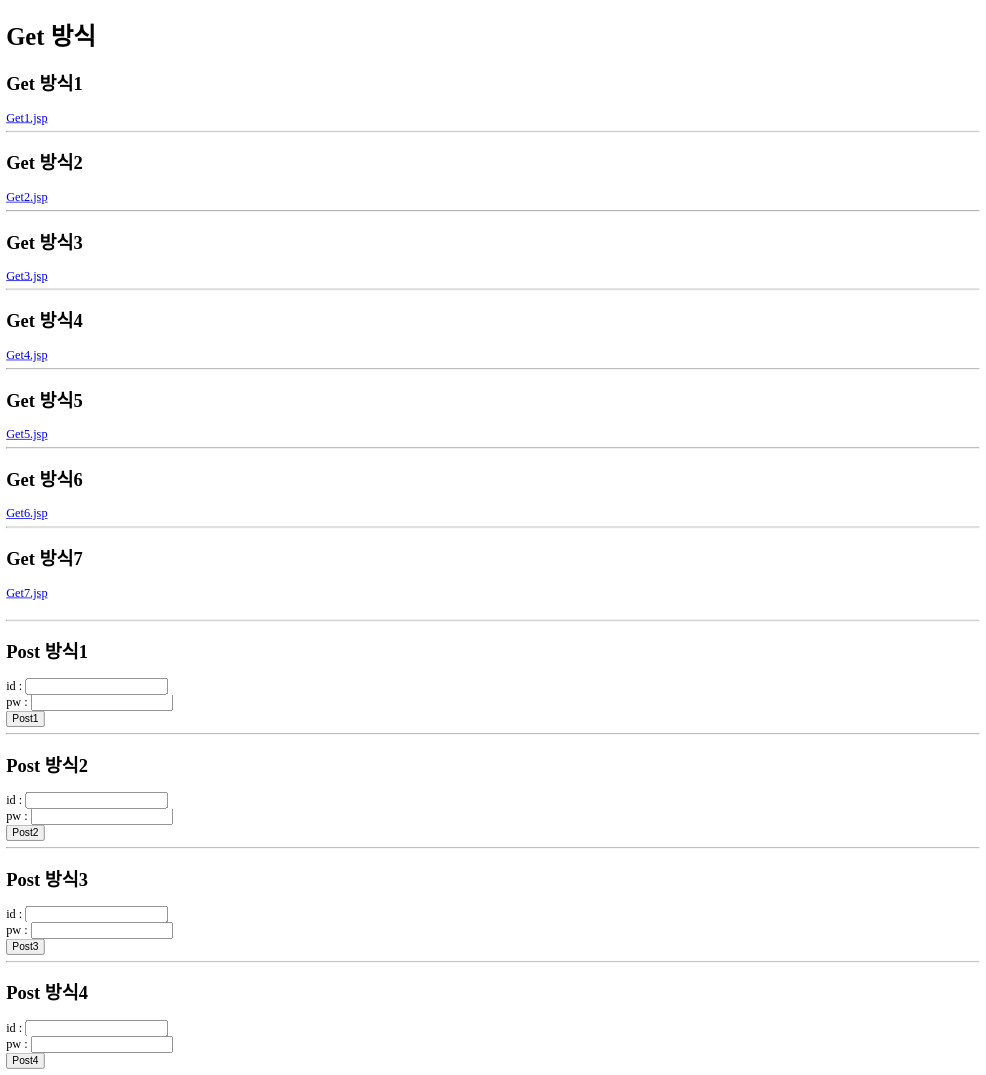
Repository: dllgkdud/pro4
Page: http://localhost/pro04/WEB-INF/views/sample/main.jsp
An editor plug-in stored every save of this project. The page is shown before and after the next save, followed by the edit.
The browser window is 1280 px wide. The pictures show the whole page, at 77% of full size.
The page is served by Tomcat 9. Nobody is signed in. The template is opened directly, without the code that normally fills it, so the values that code supplies are empty.

Above is the page before, as saved 2022-11-22 03:01:36.

After the next save:
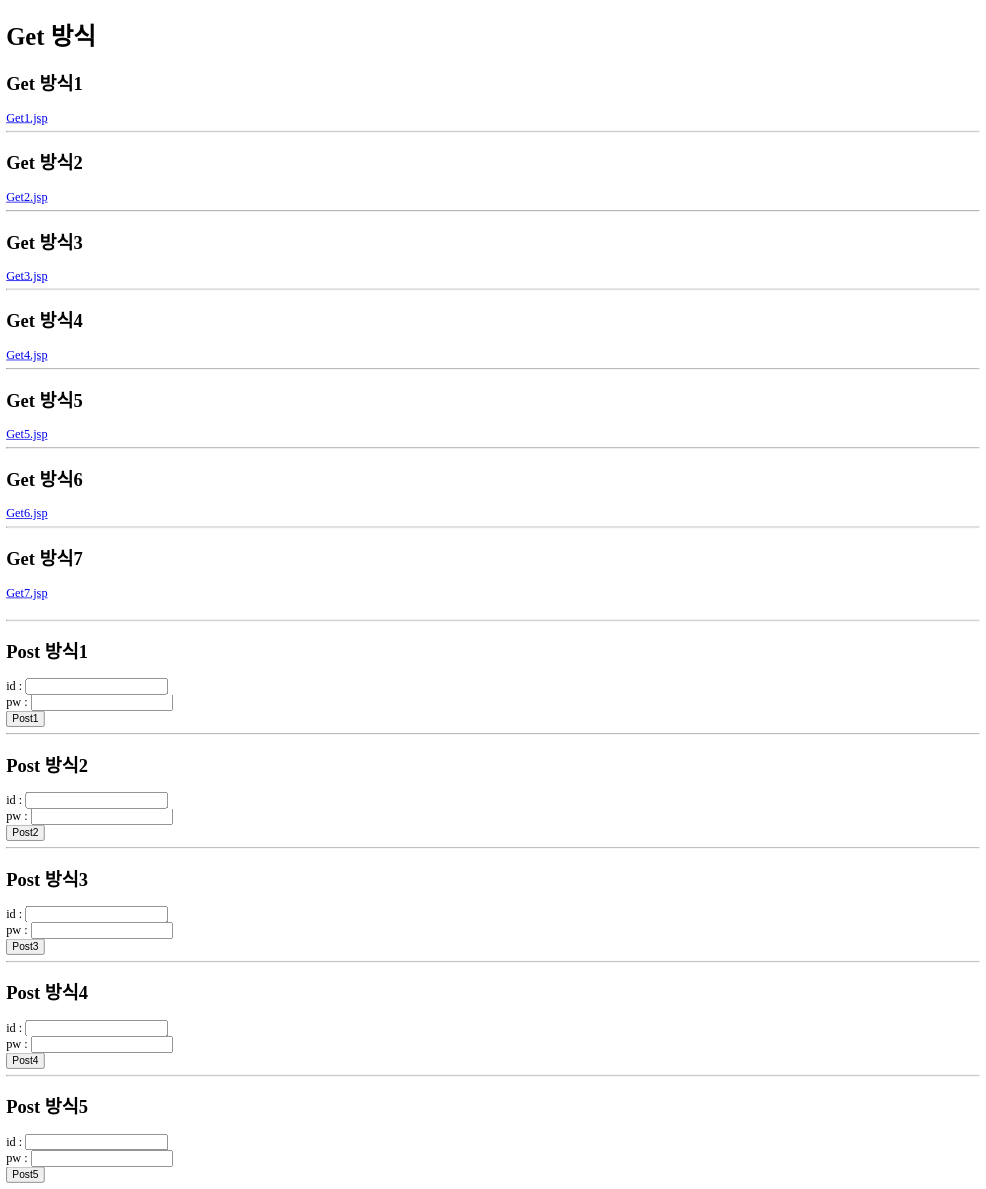
Saved 9 s later.
--- a/pro04/src/main/webapp/WEB-INF/views/sample/main.jsp
+++ b/pro04/src/main/webapp/WEB-INF/views/sample/main.jsp
@@ -83,5 +83,14 @@
 		<input type="submit" value="Post4"/>
 		</form>
 	</div>
+	<hr>
+	<h2>Post 방식5</h2>
+	<div>
+		<form action="./post5" method="post">
+		id : <input type="text" name="id" id="id" required /><br>
+		pw : <input type="password" name="pw" id="pw" required /><br>
+		<input type="submit" value="Post5"/>
+		</form>
+	</div>
 </body>
 </html>
